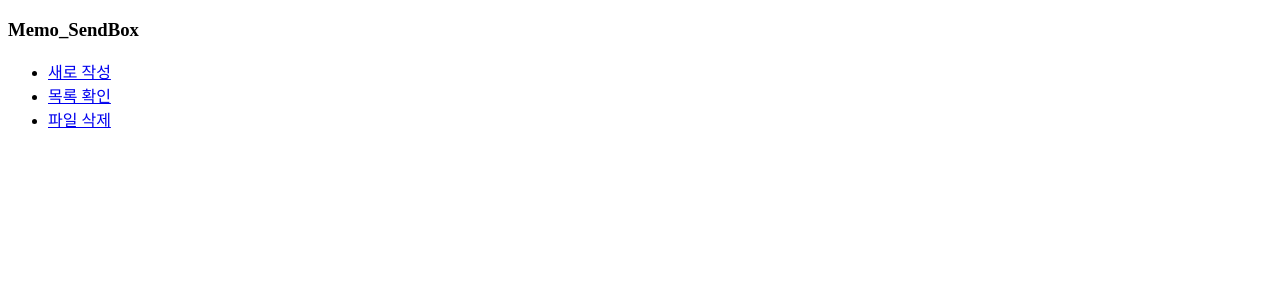
Repository: Rysdne/01_Java
Page: http://localhost/WildcatTest/
The author's editor kept a copy of each file at every save. The page is drawn from the files as they stood at one save, then again after the next save.
The browser window is 1280 px wide. The pictures show the whole page.
The page is served by Tomcat 9. The session is filled in as if someone had signed in: {"id": 1}. Queries for data that is not in the repository find no rows.

Above is the page before, as saved 2022-07-14 07:13:28.

### WildcatTest/src/main/webapp/index.jsp
<%@ page language="java" contentType="text/html; charset=UTF-8"
	pageEncoding="UTF-8"%>
<%@ page import="java.sql.*"%>
<!DOCTYPE html>
<html>
<head>
<meta charset="UTF-8">
<title>Insert title here</title>
</head>
<body>
	<%
	if (session.getAttribute("id") != null) {

		Class.forName("oracle.jdbc.driver.OracleDriver");
		Connection conn = DriverManager.getConnection("jdbc:oracle:thin:@localhost:1521:xe", "rysdne", "3882");
		PreparedStatement pstmt;

		String sql = "select table_name from all_tables where table_name='WILDCATTEST'";
		pstmt = conn.prepareStatement(sql);
		ResultSet ex = pstmt.executeQuery();
		if (!ex.next()) {
			sql = "create table WildcatTest(idx number(14) primary key, id varchar2(50) not null, title varchar2(100) unique not null, cdate varchar2(10) not null, ctime varchar2(8) not null)";
			pstmt = conn.prepareStatement(sql);
			ResultSet rs = pstmt.executeQuery();

			System.out.println("WildcatTest 생성");
		} else {
		}

		pstmt.close();
		conn.close();
	%>
	<h3>Memo_SendBox</h3>
	<ul>
		<li><a href="/WildcatTest/io/create.jsp">새로 작성</a></li>
		<li><a href="/WildcatTest/list/listAll.jsp">목록 확인</a></li>
		<li><a href="/WildcatTest/io/delete.jsp">파일 삭제</a></li>
	</ul>
	<%
	} else {
	response.sendRedirect("login/login.jsp");
	}
	%>
</body>
</html>

After the next save:
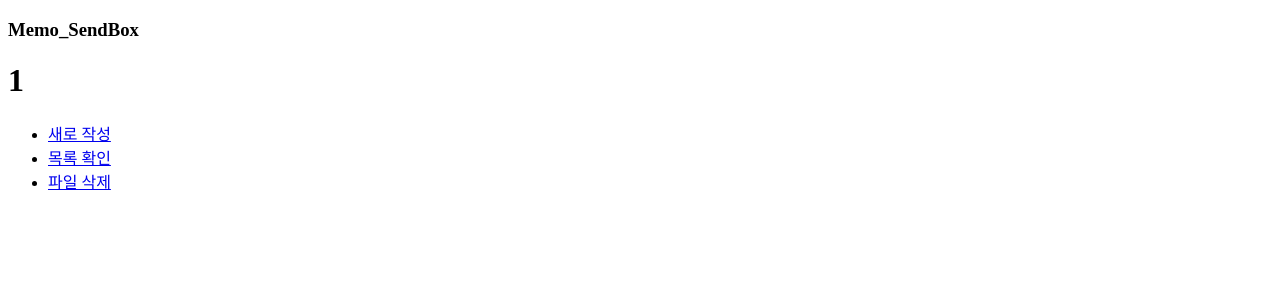
Saved 99 s later.
--- a/WildcatTest/src/main/webapp/index.jsp
+++ b/WildcatTest/src/main/webapp/index.jsp
@@ -31,6 +31,7 @@
 		conn.close();
 	%>
 	<h3>Memo_SendBox</h3>
+	<h1><%=session.getAttribute("id") %></h1>
 	<ul>
 		<li><a href="/WildcatTest/io/create.jsp">새로 작성</a></li>
 		<li><a href="/WildcatTest/list/listAll.jsp">목록 확인</a></li>
